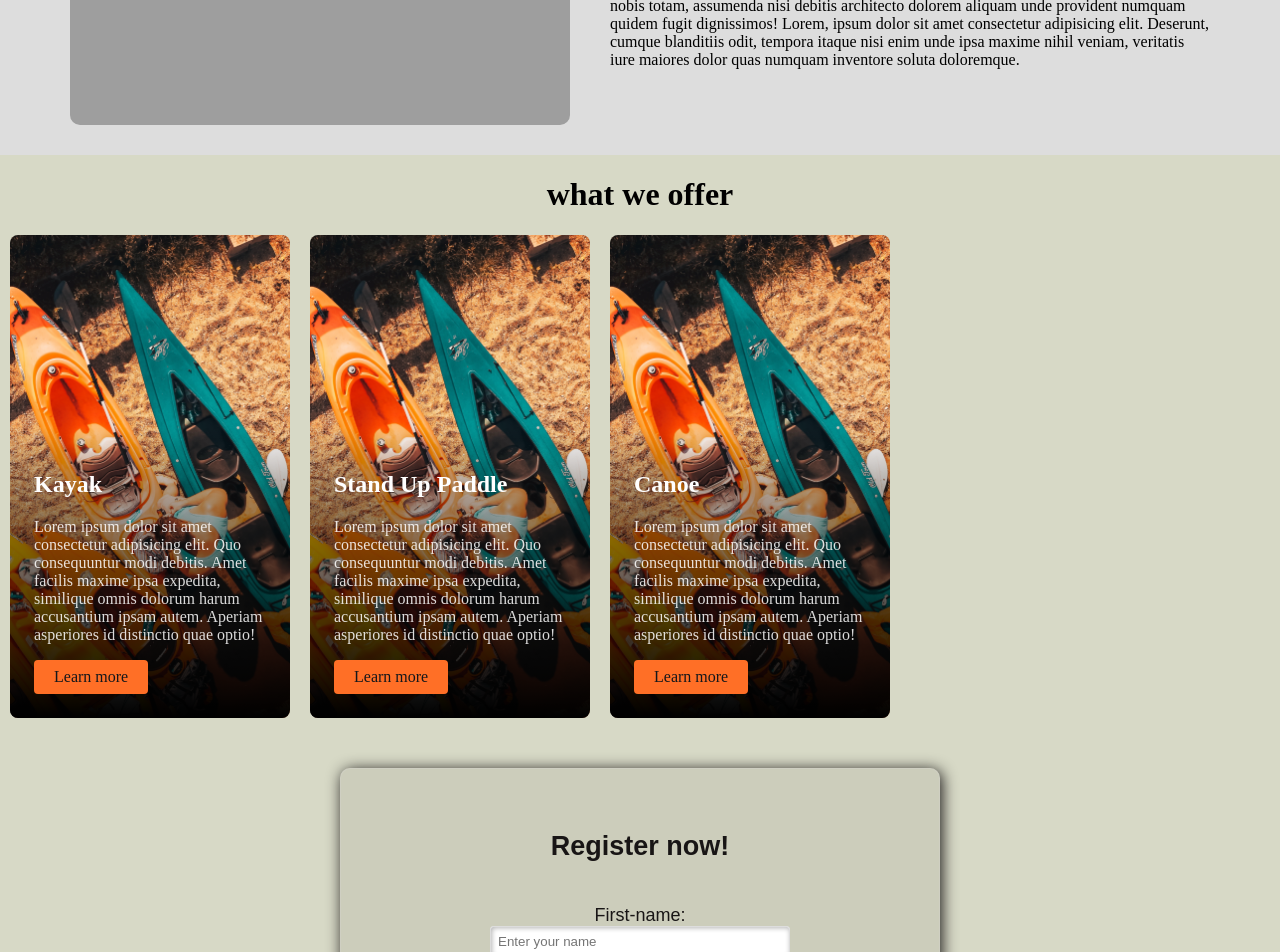
Repository: joseluis2289/Responsive-club-website
Page: index.html
These files come from the project's save history. The page is drawn as it stood at one moment and after the next save; the edit follows.
The browser window is 1280 px wide. The pictures show the part of the page from y = 1179 to 2131 px (the page is 2695 px tall).
Pictures or frames that could not be fetched are drawn as grey boxes.

Above is the page before, as saved 2021-08-25 00:26:11.

After the next save:
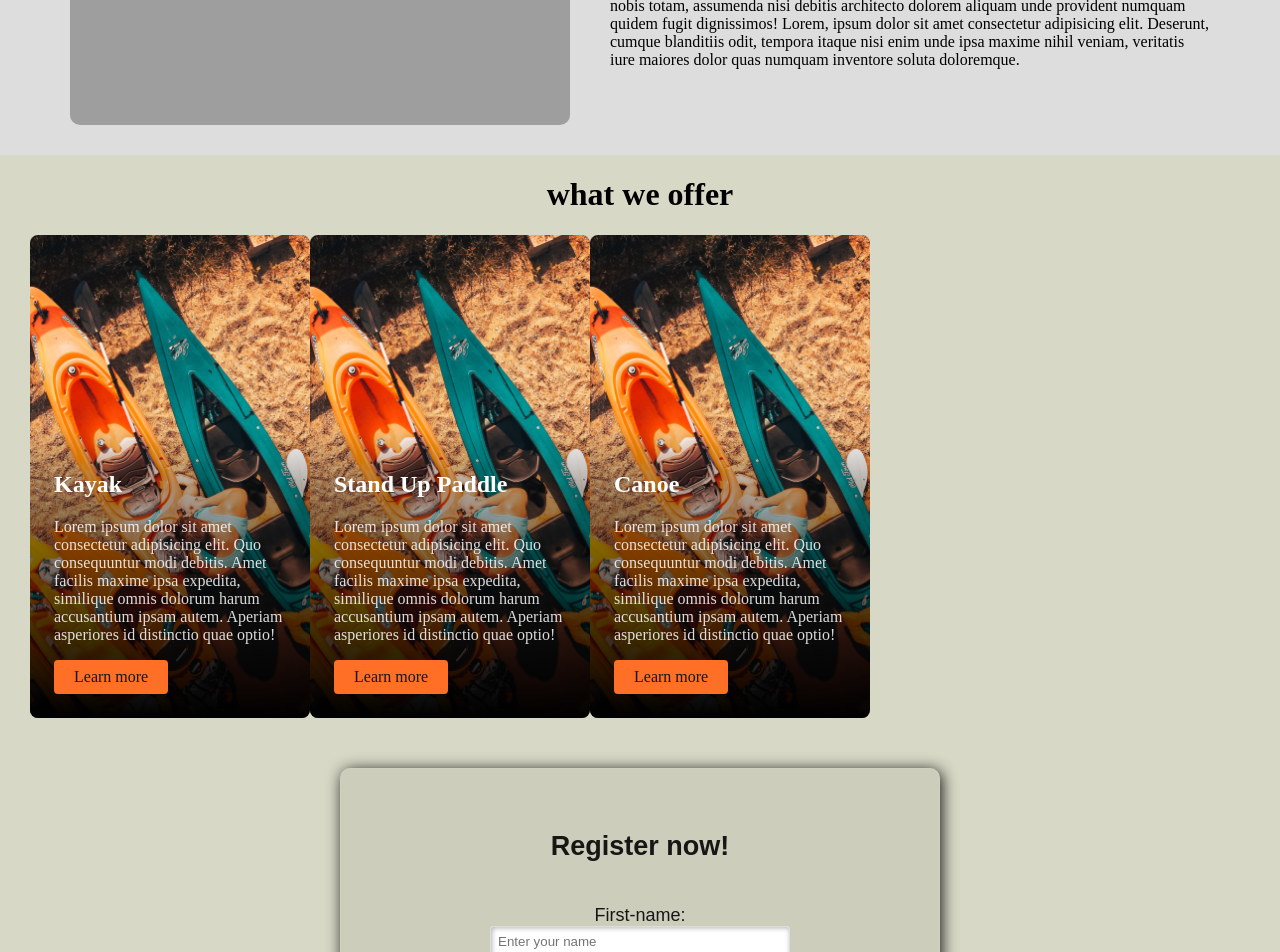
Saved 9 s later.
--- a/style.css
+++ b/style.css
@@ -224,7 +224,7 @@ position: relative;
 
 .card-container{
     display: flex;
-    justify-content: space-around;
+    justify-content: center;
     width: 900px;
 }
 
